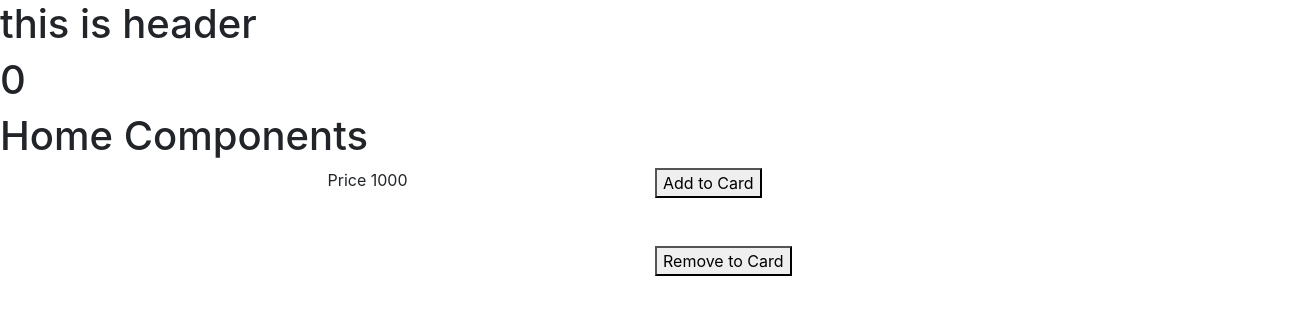
Repository: lalji-yadav/Redux-add-and-remove-item-in-cart-and-HOC-Example-
Page: /
The author's editor kept a copy of each file at every save. The page is drawn from the files as they stood at one save, then again after the next save.
The browser window is 1280 px wide. The page is 1295 px wide, so the pictures cover 1295 px, including what lies to the right of the window. The pictures show the whole page.
The project was rebuilt for these pictures with package versions that can differ from the ones it lists, and the page was loaded fresh each time.

Above is the page before, as saved 2021-01-15 17:55:44.

### src/index.js
import React from 'react';
import ReactDOM from 'react-dom';
import './index.css';
import App from './App';
import reportWebVitals from './reportWebVitals';
import 'bootstrap/dist/css/bootstrap.min.css';

//
import { createStore } from "redux";
import { Provider } from "react-redux";
import rootReducer from "./Services/Reducers/index";
const store=createStore(rootReducer)
// console.warn('Store data', store);
//

ReactDOM.render(
  // <React.StrictMode>
  //   <App />
  // </React.StrictMode>,
  <Provider store={store}>
    <App />
  </Provider>,
  document.getElementById('root')
);

// If you want to start measuring performance in your app, pass a function
// to log results (for example: reportWebVitals(console.log))
// or send to an analytics endpoint. Learn more: https://bit.ly/CRA-vitals
reportWebVitals();

### src/App.js
// import logo from './logo.svg';
// import './App.css';
// import Clickbuttoncount from "./HOC/clickbuttoncount";
// import Hoverclickcount from "./HOC/hoverclickcount";

// import Home from "./components/home";
import Homecontainer from "./containers/homeContainer";
import HeaderContainer from "./containers/headerContainer";

function App() {
  return (
    <div>

      {/* <Clickbuttoncount /> <br /> <br />

      <Hoverclickcount /> */}

      {/* <Home /> */}
      <HeaderContainer />
      <Homecontainer />

    </div>
  );
}

export default App;

### src/Services/Reducers/index.js
import { combineReducers } from "redux";
import cardItems from "./reducer";

 export default combineReducers({
    cardItems
})

### src/containers/homeContainer.js
import {connect} from 'react-redux'

import Home from "../components/home";
import { addToCart,removeToCart } from "../Services/Action/action";



const mapStateToProps=(state)=>({
       data:state.cardItems
})
const mapDispatchToProps=dispatch=>({
    addToCartHandler:data=>dispatch(addToCart(data)),
    removeToCartHandler:data=>dispatch(removeToCart(data))
})

export default connect(mapStateToProps,mapDispatchToProps)(Home)

//export default Home;

### src/containers/headerContainer.js
import {connect} from 'react-redux'
import Header from '../components/header';

// import { addToCart } from "../Services/Action/action";



const mapStateToProps=(state)=>({
       data:state.cardItems
})
const mapDispatchToProps=dispatch=>({
    //addToCartHandler:data=>dispatch(addToCart(data))
})

export default connect(mapStateToProps,mapDispatchToProps)(Header)

//export default Home;

### src/Services/Reducers/reducer.js
import {ADD_TO_CART} from "../constants";
import {REMOVE_TO_CART} from "../constants";

const initialState ={
    cardData: []
}
export default function CardItem(state= [], action) {
    switch(action.type) {
        case ADD_TO_CART:
        console.log('reducer',action)
        return [
            ...state,
            {cardData: action.data}
        ]
        case REMOVE_TO_CART:
        state.pop()
        return [
            ...state
        ]
        default:
            return state
    }

}

### src/components/home.js
import React from 'react';

function Home(props) {

      console.warn('Props',props)

        return (
            <div className={{margin:"2%", border:"1px solid red"}}>

                <h1> Home Components  </h1>

                <div className="row">
                    <div className="col-sm-3">

                    </div>

                    <div className="col-sm-3">

                        {/* <h5> {props.data.length} </h5> */}

                        <p>Price 1000</p>

                    </div>

                    <div className="col-sm-3">

                        <button onClick={()=>
                            props.addToCartHandler({price:1000,  name:'Anubhav kumar Yadav'})} > Add to Card </button> <br /> <br /> <br />

                          <button onClick={()=>
                            props.removeToCartHandler({price:1000,  name:'Anubhav kumar Yadav'})} >
                                 Remove to Card </button>


                    </div>

                    <div className="col-sm-3">

                    </div>

                </div>



            </div>
        );
    }


export default Home;

### src/Services/Action/action.js
import {ADD_TO_CART} from "../constants";
import  {REMOVE_TO_CART} from "../constants";

export const addToCart=(data)=> {

    console.warn('action', data);
    return {
        type:ADD_TO_CART,
        data:data
    }
}

export const removeToCart=(data)=> {
    console.log('remove')
    return {
        type:REMOVE_TO_CART,
        data:data
    }
}

### src/components/header.js
import React from 'react';

const Header=(props)=> {

    console.warn('Header',props)

        return (
            <div>
                 <h1> this is header  </h1>
                <h1>{props.data.length}</h1>

            </div>
        );
    }

export default Header;

### src/Services/constants.js
export const ADD_TO_CART="ADD_TO_CART"
export const REMOVE_TO_CART='REMOVE_TO_CART'

Loaded but not shown: public/index.html (common file); src/index.css (common file); src/reportWebVitals.js (common file)

After the next save:
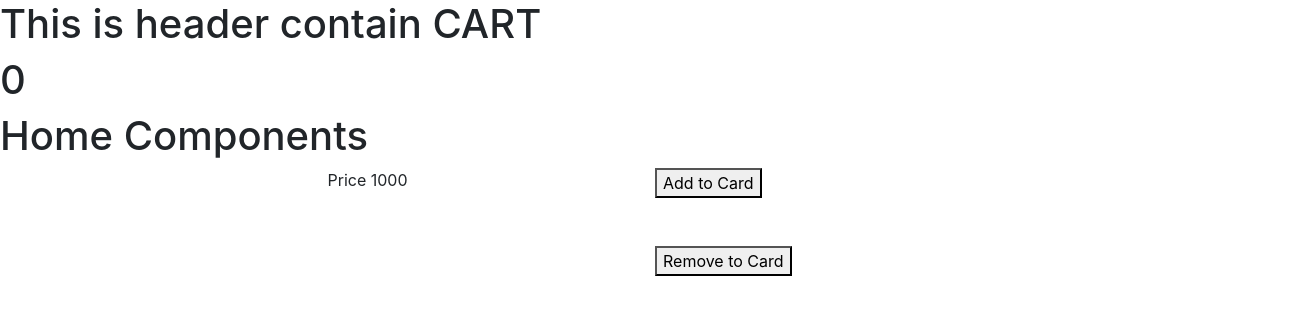
Saved 59 s later.
--- a/src/components/header.js
+++ b/src/components/header.js
@@ -6,7 +6,7 @@ const Header=(props)=> {
 
         return (
             <div>
-                 <h1> this is header  </h1>
+                 <h1> This is header contain CART  </h1>
                 <h1>{props.data.length}</h1>
 
             </div>
